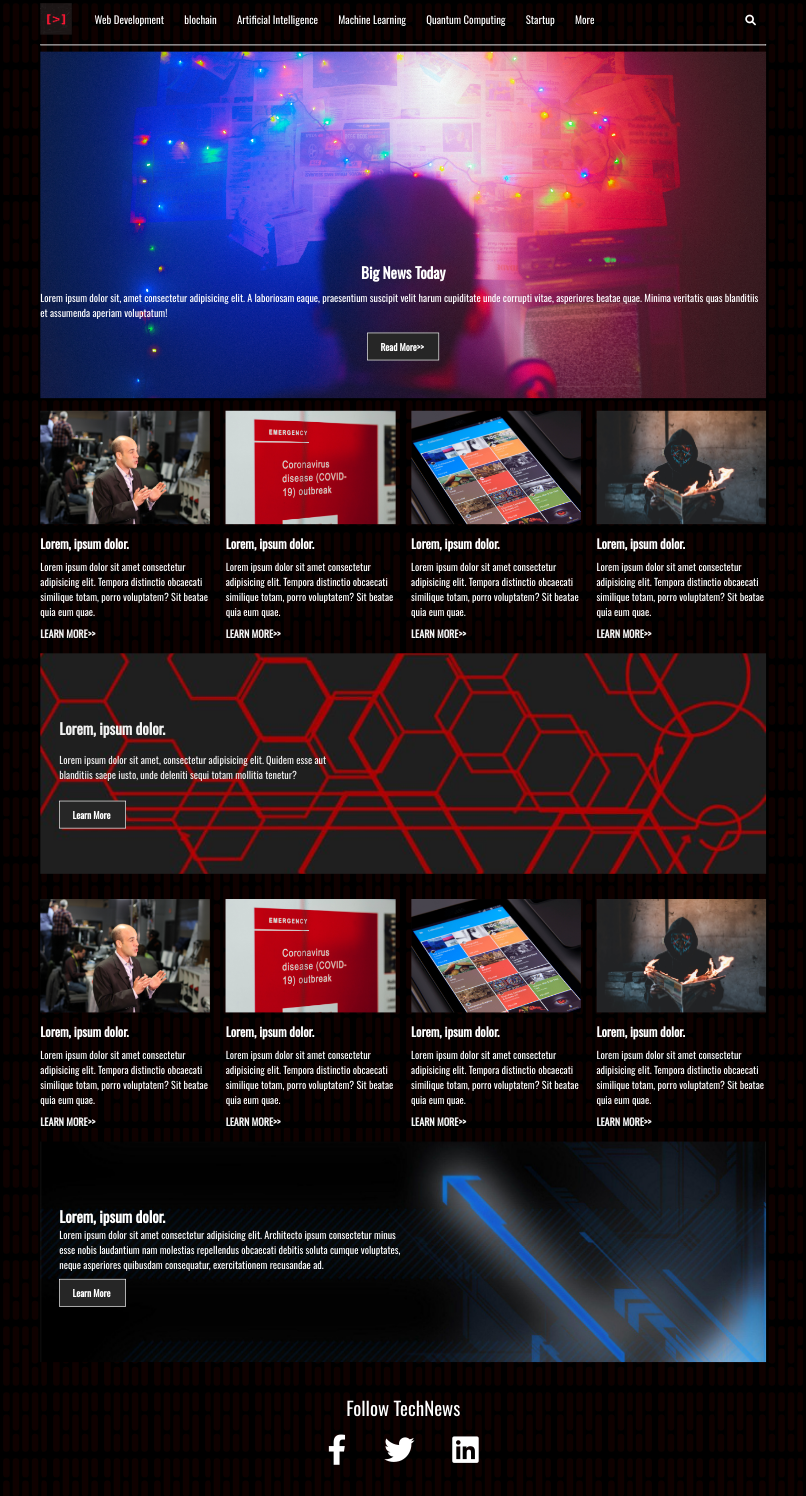
Repository: NickArregoces/News_Web
Page: index.html
These files come from the project's save history. The page is drawn as it stood at one moment and after the next save; the edit follows.
The browser window is 1280 px wide. The pictures show the whole page, at 63% of full size.

Above is the page before, as saved 2021-12-24 20:11:10.

### index.html
<!DOCTYPE html>
<html lang="en">
<head>
    <meta charset="UTF-8">
    <meta http-equiv="X-UA-Compatible" content="IE=edge">
    <meta name="viewport" content="width=device-width, initial-scale=1.0">
    <title>TechNews</title>
    <!--FONT AWESOME-->
    <link rel="stylesheet" href="https://cdnjs.cloudflare.com/ajax/libs/font-awesome/6.0.0-beta3/css/all.min.css">

    <link rel="stylesheet" href="style.Css">
    <!--Oswald FONTS-->
    <link rel="preconnect" href="https://fonts.googleapis.com">
<link rel="preconnect" href="https://fonts.gstatic.com" crossorigin>
<link href="https://fonts.googleapis.com/css2?family=Oswald:wght@200;300;400&display=swap" rel="stylesheet">
</head>
<body>

    <div class="container">

        <nav class ="nav-main">
            <img src="img/brand.png" alt="" class="nav-brand">

            <ul class="nav-menu">
                <li>
                    <a href="#">Web Development</a>
                </li>
                <li>
                    <a href="#">blochain</a>
                </li>
                <li>
                    <a href="#">Artificial Intelligence</a>
                </li>
                <li>
                    <a href="#">Machine Learning</a>
                </li>
                <li>
                    <a href="#">Quantum Computing</a>
                </li>
                <li>
                    <a href="#">Startup</a>
                </li>
                <li>
                    <a href="#">More</a>
                </li>
            </ul>
            <ul class="nav-menu-right">
                <li>
                    <a href="">
                        <i class="fas fa-search"></i>
                    </a>
                </li>
            </ul>
        </nav>
        <hr> <!--Crea una linea -->


        <!--Showcase=Imagen pricnipal-->
        <header class="showcase">
            <h2>Big News Today</h2>
            <p>Lorem ipsum dolor sit, amet consectetur adipisicing elit. A laboriosam eaque, praesentium suscipit velit harum cupiditate unde corrupti vitae, asperiores beatae quae. Minima veritatis quas blanditiis et assumenda aperiam voluptatum!</p>
        <!--lorem30 te crea 30 palabras-->
            <a class="btn" href="#">Read More>> <i class="fas fa-angles-double-right"></i></a>
        </header>

        <!--NEWS CARDS(COLUMNAS)-->
        <div class="news-cards">
            <div class="">
                <img src="img/news1.jpg" alt="News 1">
                <h3>Lorem, ipsum dolor.</h3>
                <p>Lorem ipsum dolor sit amet consectetur adipisicing elit. Tempora distinctio obcaecati similique totam, porro voluptatem? Sit beatae quia eum quae.</p>
                <a href="">Learn More>><i class="fas fa-amgle-dpuble-right"></i></a>
            </div>
            <div class="">
                <img src="img/news2.jpg" alt="News 2">
                <h3>Lorem, ipsum dolor.</h3>
                <p>Lorem ipsum dolor sit amet consectetur adipisicing elit. Tempora distinctio obcaecati similique totam, porro voluptatem? Sit beatae quia eum quae.</p>
                <a href="">Learn More>><i class fas fa-amgle-dpuble-right></i></a>
            </div>
            <div class="">
                <img src="img/news3.jpg" alt="News 3">
                <h3>Lorem, ipsum dolor.</h3>
                <p>Lorem ipsum dolor sit amet consectetur adipisicing elit. Tempora distinctio obcaecati similique totam, porro voluptatem? Sit beatae quia eum quae.</p>
                <a href="">Learn More>><i class="fas fa-amgle-dpuble-right" ></i></a>
            </div>
            <div class="">
                <img src="img/news4.jpg" alt="News 4">
                <h3>Lorem, ipsum dolor.</h3>
                <p>Lorem ipsum dolor sit amet consectetur adipisicing elit. Tempora distinctio obcaecati similique totam, porro voluptatem? Sit beatae quia eum quae.</p>
                <a href="">Learn More>><i class="fas fa-amgle-dpuble-right"></i></a>
            </div>
        </div>

        <div>

            <section class="cards-banner-one">
                <div class="content">
                    <h2>Lorem, ipsum dolor.</h2>
                    <p>Lorem ipsum dolor sit amet, consectetur adipisicing elit. Quidem esse aut blanditiis saepe iusto, unde deleniti sequi totam mollitia tenetur?</p>
                    <a href="#" class="btn">Learn More <i class="fas fa-amgle-dpuble-right"></i></a>
                </div>

            </section>

            <!--NEWS CARDS(COLUMNAS)-->
        <div class="news-cards">
            <div class="">
                <img src="img/news1.jpg" alt="News 1">
                <h3>Lorem, ipsum dolor.</h3>
                <p>Lorem ipsum dolor sit amet consectetur adipisicing elit. Tempora distinctio obcaecati similique totam, porro voluptatem? Sit beatae quia eum quae.</p>
                <a href="">Learn More>><i class="fas fa-amgle-dpuble-right"></i></a>
            </div>
            <div class="">
                <img src="img/news2.jpg" alt="News 2">
                <h3>Lorem, ipsum dolor.</h3>
                <p>Lorem ipsum dolor sit amet consectetur adipisicing elit. Tempora distinctio obcaecati similique totam, porro voluptatem? Sit beatae quia eum quae.</p>
                <a href="">Learn More>><i class fas fa-amgle-dpuble-right></i></a>
            </div>
            <div class="">
                <img src="img/news3.jpg" alt="News 3">
                <h3>Lorem, ipsum dolor.</h3>
                <p>Lorem ipsum dolor sit amet consectetur adipisicing elit. Tempora distinctio obcaecati similique totam, porro voluptatem? Sit beatae quia eum quae.</p>
                <a href="">Learn More>><i class="fas fa-amgle-dpuble-right" ></i></a>
            </div>
            <div class="">
                <img src="img/news4.jpg" alt="News 4">
                <h3>Lorem, ipsum dolor.</h3>
                <p>Lorem ipsum dolor sit amet consectetur adipisicing elit. Tempora distinctio obcaecati similique totam, porro voluptatem? Sit beatae quia eum quae.</p>
                <a href="">Learn More>><i class="fas fa-amgle-dpuble-right"></i></a>
            </div>
        </div>

        <section class="cards-banner-two">
            <div class="content">
                <h2>Lorem, ipsum dolor.</h2>
                <p>Lorem ipsum dolor sit amet consectetur adipisicing elit. Architecto ipsum consectetur minus esse nobis laudantium nam molestias repellendus obcaecati debitis soluta cumque voluptates, neque asperiores quibusdam consequatur, exercitationem recusandae ad.</p>
                <a href="#" class="btn">Learn More <i class="fas fa-angles-double-right"></i> </a>
            </div>
        </section>

        <section class="social">

                <p> Follow TechNews</p>
                <div class="links">
                    <a href="#"><!--Se crean lo iconos automaticamente-->
                        <i class="fab fa-facebook-f"></i>
                    </a>
                <a href="#">
                    <i class="fab fa-twitter"></i>
                </a>
                <a href="#">
                    <i class="fab fa-linkedin"></i>
                </a>

                </div>

        </section>



        </div>

    </div>


</body>
</html>

### style.Css
*{
    box-sizing: border-box;
    margin: 0;
    padding: 0;
}

body{
    background:#000000;
    color:#ffff;
    background-color: #000000;
    background-image: url("data:[embedded picture, 663 characters]");
    color:#1e272e;
    font-size: 16px;
    font-family: 'Oswald', sans-serif;
}

a{
    color: #ffff;
    text-decoration: none;
}

ul{
    list-style: none;
}
.container{
    width: 90%;/*responsive*/
    margin: auto;
    color: #ffff;/*MIO*/
}
/*Navigation*/
.nav-main{
    font-size: 17px;
    display: flex;/*Elememnto al lado de otro*/
    justify-content: space-between;
    align-items: center;
    height: 60px;
    padding: 20px 0px;
}
.nav-brand{
    width: 50px;
}

/*Nav Left*/
.nav-main ul{
    display:flex;
}

.nav-main ul li{
    padding: 10px;
}

.nav-main ul li a{
    padding: 6px;
}

.nav-main ul li a:hover {
    border-bottom: 2px solid #ffffff;
}
.nav-main ul.nav-menu{
    flex:1;
    margin-left: 20px;
}

/*Showcase*/
hr{
    margin:10px 0px;
}
.showcase{
    width: 100%;
    height: 550px;
    /*Arreglar img */
    background: url(/img/showcase2.jpg) no-repeat center center/cover;
    padding-bottom: 50px;
    margin-bottom: 20px;/*Margen interna*/
    display:flex;
    flex-direction: column;
    align-items: center;/*centrar P*/
    justify-content: flex-end; /*p al final*/
}

.btn{
    cursor: pointer;
    display: inline-block;
    border: 0;
    font-weight: bold;
    padding: 10px 20px;
    background: #262626;
    color:#ffffff;
    font-size: 15px;
    border: 1px solid #ffff;
    margin:10px 0px;
}

.btn:hover{
    opacity: 0.7;
}

.showcase h2,
.showcase p{
    margin-bottom: 10px;
}

/*News CARS*/
.news-cards{
    display: grid;
    grid-template-columns: 1fr 1fr 1fr 1fr;/*4 columnas*/
    gap: 25px;/*espaciado card*/
    margin: 10px 0;
}

.news-cards img{
    width:100%;
    height:  180px;
}

.news-cards h3{
    font-size: 20px;
    margin:  10px 0;

}

.news-cards a{
    padding: 10px 0;
    color: #f2f2f2;
    text-transform: uppercase;
    display: inline-block;
    font-weight: bold;
}

.news-cards a:hover{
    text-decoration: underline; /*Line debajo*/
}

/*Cards-banner-one*/

.cards-banner-one {
    width: 100%;
    height: 350px;
    background: url(./img/tech-red.jpg) no-repeat center/cover;;
    margin-bottom: 40px;
}
.cards-banner-one .content{
    width: 40%;
    padding: 90px 0 0 30px;
    color: #f2f2f2;
}

.cards-banner-one p,
.cards-banner-one h2{
    margin: 10px 0 20px 0;
}

/*CARDS BANNER TWO*/

.cards-banner-two{
    background: url(./img/image-five.jpg) no-repeat center/cover;
    width: 100%;
    height: 350px;
}

.cards-banner-two .content{
    width: 50%;
    padding: 100px 0 0 30px;
}

/*Social*/
.social{
    margin: 50px;
}

.social p{
    text-align: center;
    font-size: 30px;
    margin-bottom: 20px;
}

.links{
    display: flex;
    align-items: center;
    justify-content: center;
}

.links a{
    margin: 0 30px;
}
.links a i{
    font-size: 3rem;
}

After the next save:
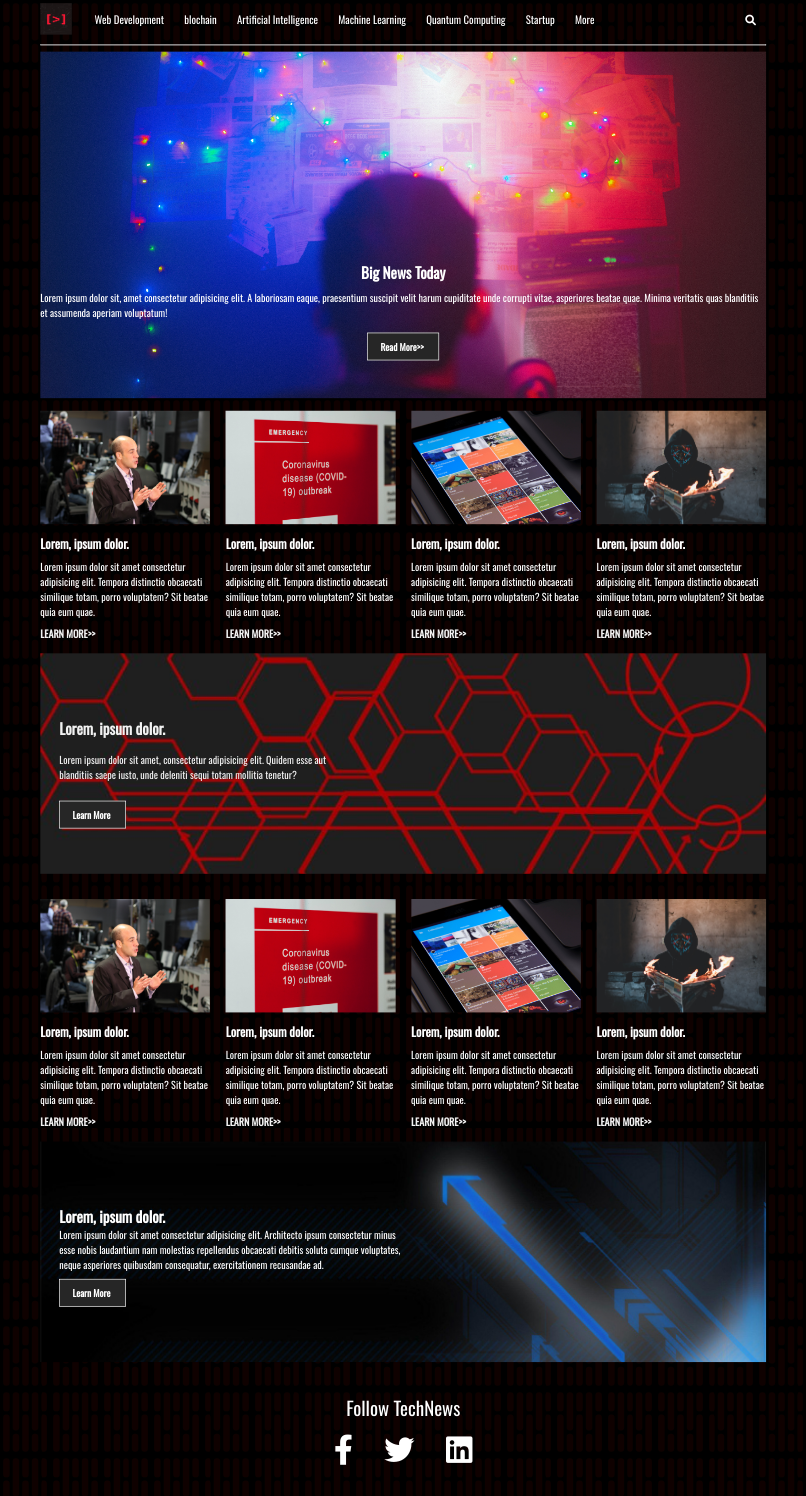
Saved 14 s later.
--- a/style.Css
+++ b/style.Css
@@ -181,7 +181,7 @@ hr{
 }
 
 .links a{
-    margin: 0 30px;
+    margin: 0 25px;
 }
 .links a i{
     font-size: 3rem;
